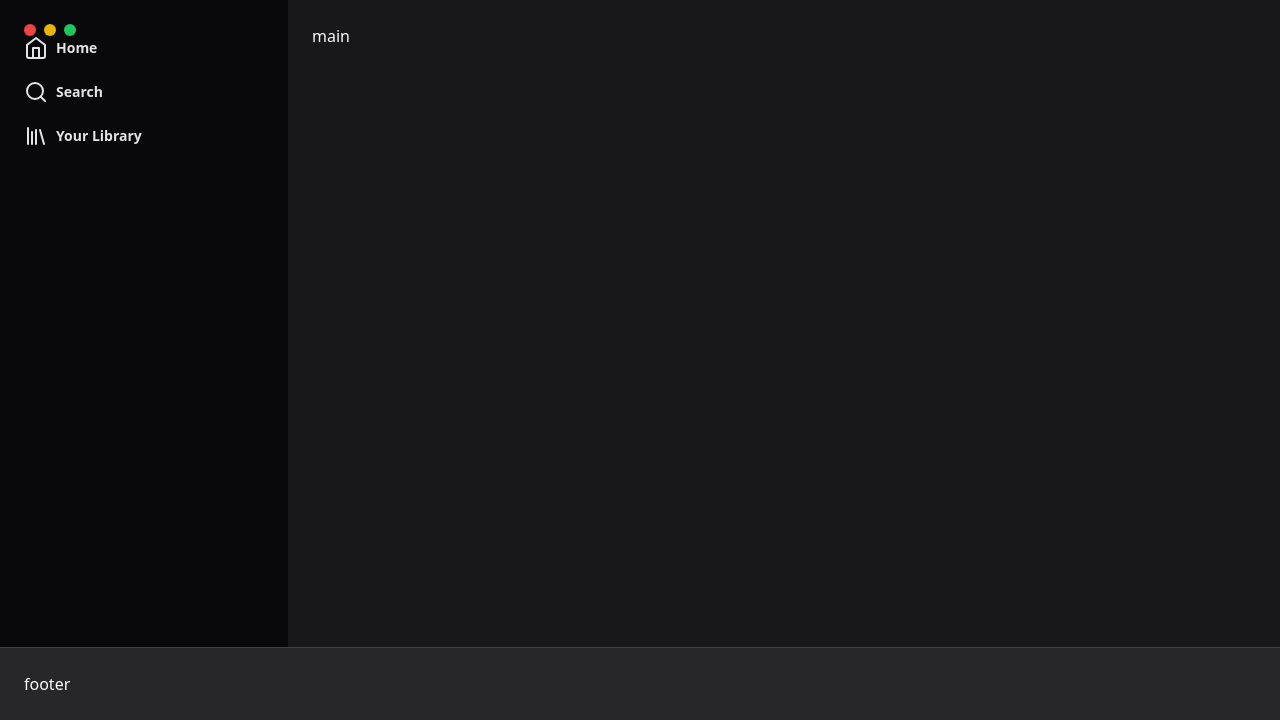
Repository: guilhermecardoso93/tailwind-spotify
Page: /
These files come from the project's save history. The page is drawn as it stood at one moment and after the next save; the edit follows.
The browser window is 1280 px wide. The pictures show the whole page.
The project was rebuilt for these pictures with package versions that can differ from the ones it lists, and the page was loaded fresh each time. The framework's server and built-in components were replaced by stand-ins that run in the browser. Also part of the build but not shown: next.config.js.

Above is the page before, as saved 2023-04-15 20:01:20.

After the next save:
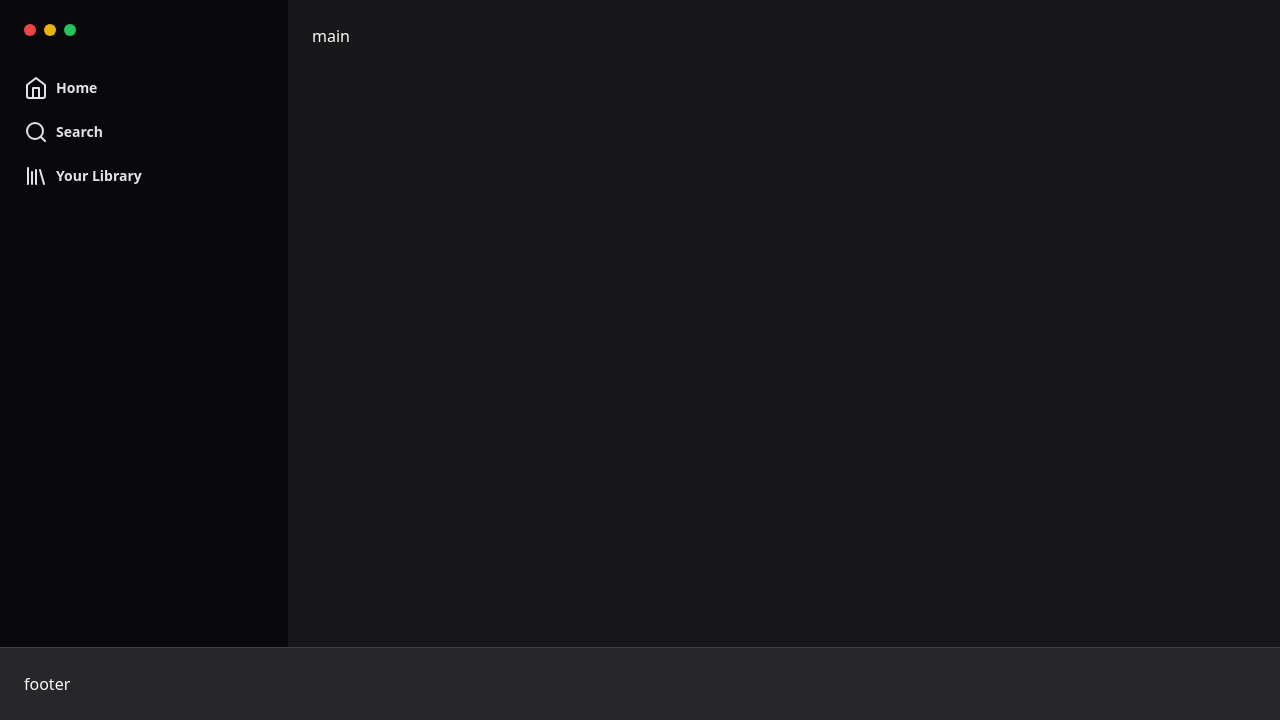
Saved 7 s later.
--- a/src/app/page.tsx
+++ b/src/app/page.tsx
@@ -9,7 +9,7 @@
             <div className="w-3 h-3 bg-yellow-500 rounded-full"></div>
             <div className="w-3 h-3 bg-green-500 rounded-full"></div>
           </div>
-          <nav className="space-y-5">
+          <nav className="space-y-5 mt-10">
             <a href="" className="flex items-center gap-2 text-sm font-semibold text-zinc-200">
               <HomeIcon /> Home
             </a>
